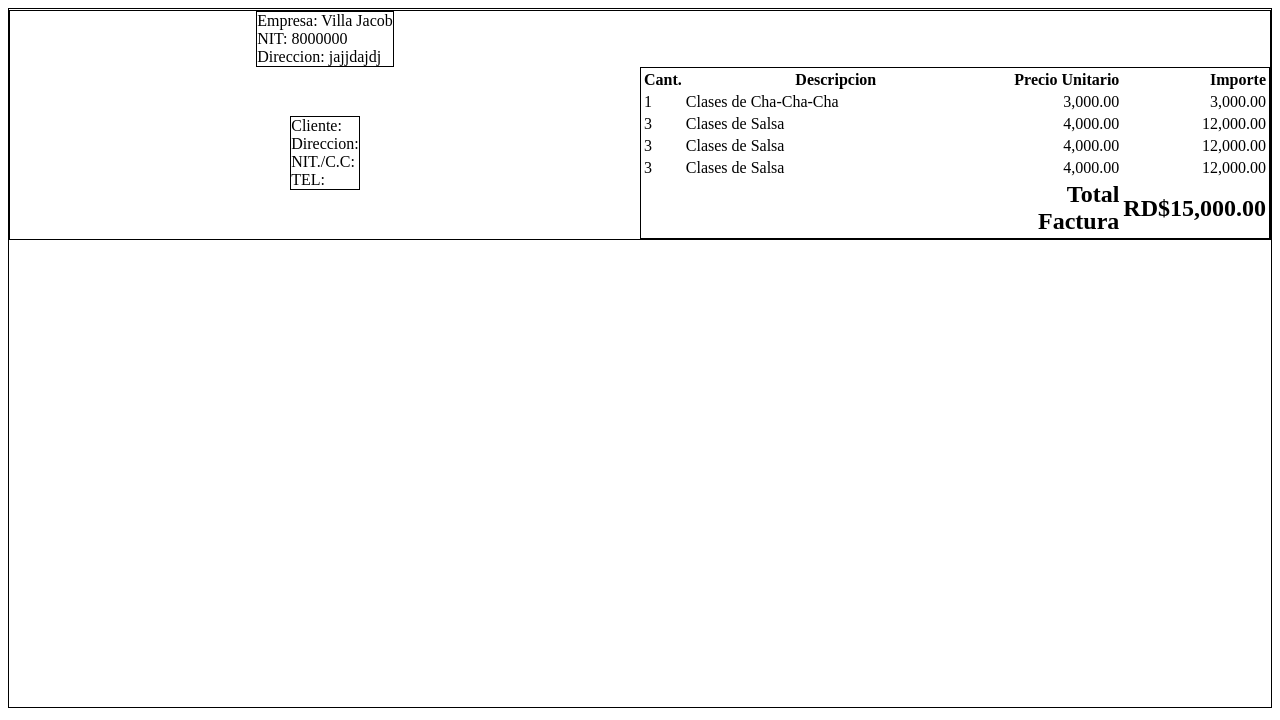
Repository: MrVanQish/FacturaEstructura
Page: index.html
An editor plug-in stored every save of this project. The page is shown before and after the next save, followed by the edit.
The browser window is 1280 px wide. The pictures show the whole page.

Above is the page before, as saved 2021-09-29 10:56:04.

After the next save:
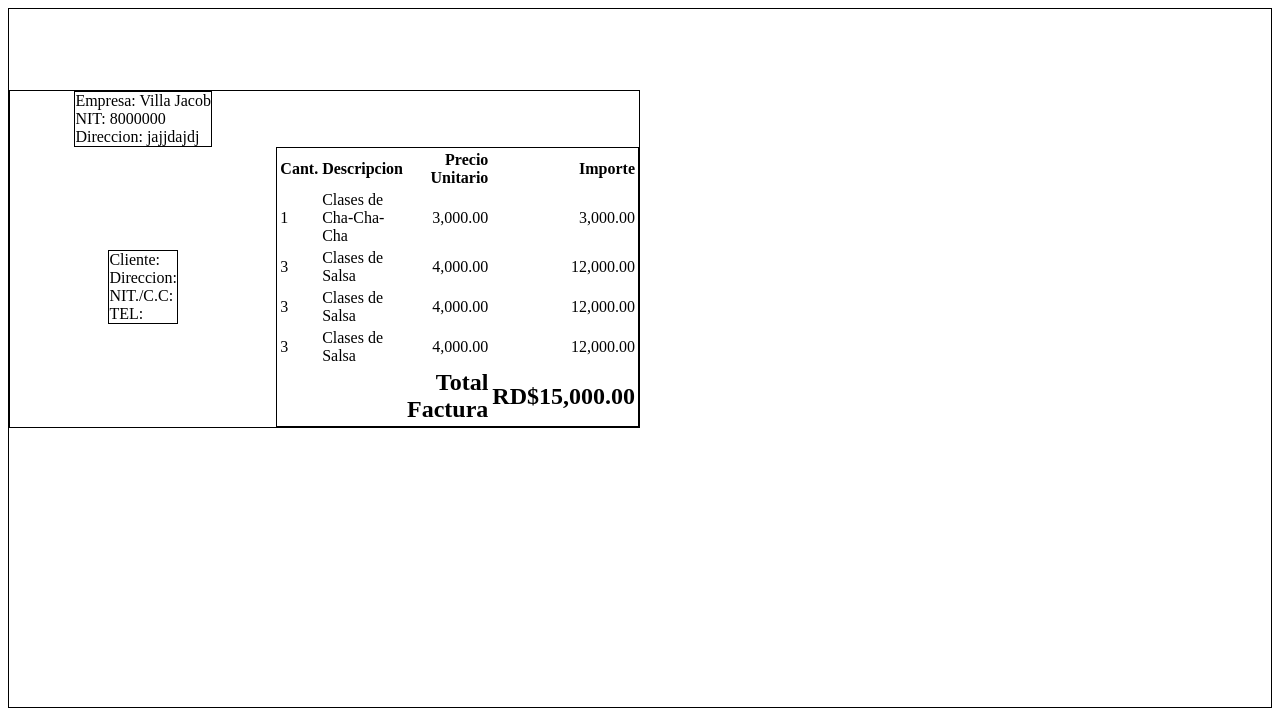
Saved 17 s later.
--- a/styles.css
+++ b/styles.css
@@ -33,8 +33,8 @@
     height: 97vh;
     border: 1px solid #000;
     display: grid;
-    grid-template-columns: 1fr;
-    grid-template-rows: 1fr 1fr 1fr;
+    grid-template-columns: 1fr 1fr;
+    grid-template-rows: 500px;
     grid-template-areas:
       "f1 f2";
   }
